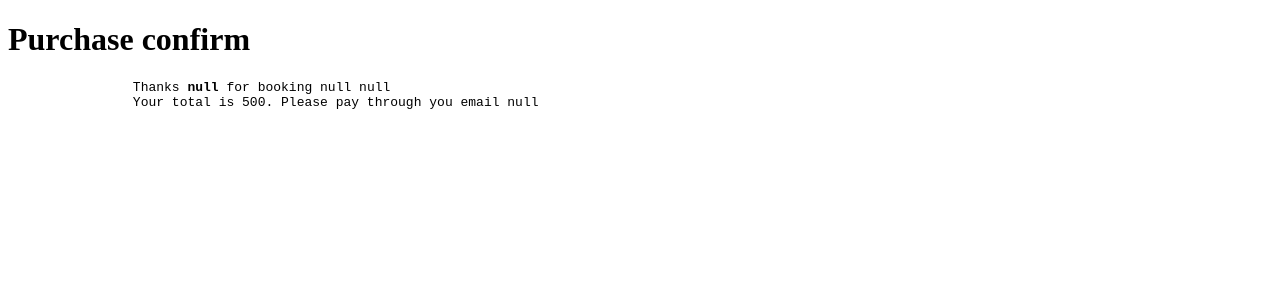
Repository: FatCat0712/JSP
Page: http://localhost/bai_20/trangDatHang.jsp
An editor plug-in stored every save of this project. The page is shown before and after the next save, followed by the edit.
The browser window is 1280 px wide. The pictures show the whole page.
The page is served by Tomcat 9.

Above is the page before, as saved 2024-04-22 01:53:30.

### bai_20/src/main/webapp/trangDatHang.jsp
<%@ page language="java" contentType="text/html; charset=UTF-8"
    pageEncoding="UTF-8"%>
<!DOCTYPE html>
<html>
<head>
<meta charset="UTF-8">
<title>Insert title here</title>
</head>
<body>
	<h1>Purchase confirm</h1>
	<%
		String customerName = request.getParameter("name");

		String email = request.getParameter("email");

		String productName = request.getParameter("productName");

		String quantity = request.getParameter("quantity");
		//int quant = Integer.parseInt(quantity, 0, quantity.length()-1, 10);

	%>
	<pre>
	 	Thanks <b><%= customerName %></b> for booking <%= quantity %> <%= productName %>
	 	Your total is <%= 100 * 5 %>. Please pay through you email <%=email %>
	</pre>
</body>
</html>

After the next save:
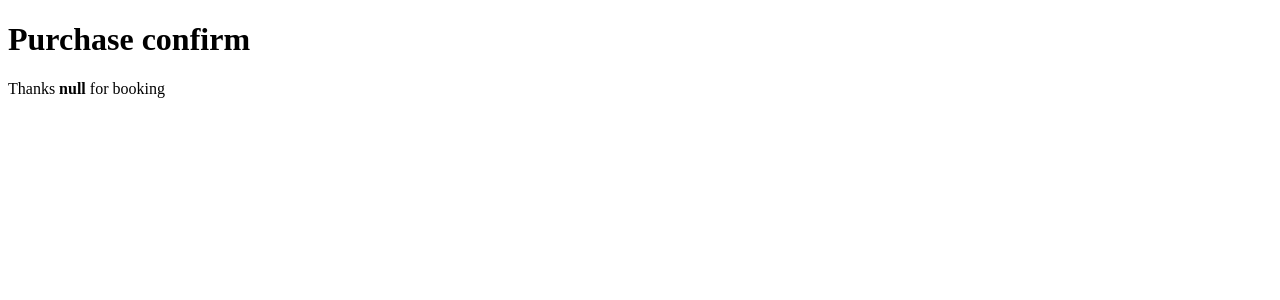
Saved 7 s later.
--- a/bai_20/src/main/webapp/trangDatHang.jsp
+++ b/bai_20/src/main/webapp/trangDatHang.jsp
@@ -19,8 +19,8 @@
 		//int quant = Integer.parseInt(quantity, 0, quantity.length()-1, 10);
 
 	%>
-	<pre>
-	 	Thanks <b><%= customerName %></b> for booking <%= quantity %> <%= productName %>
+	<p>
+	 	Thanks <b><%= customerName %></b> for booking <b<%= quantity %> <%= productName %>
 	 	Your total is <%= 100 * 5 %>. Please pay through you email <%=email %>
 	</pre>
 </body>
